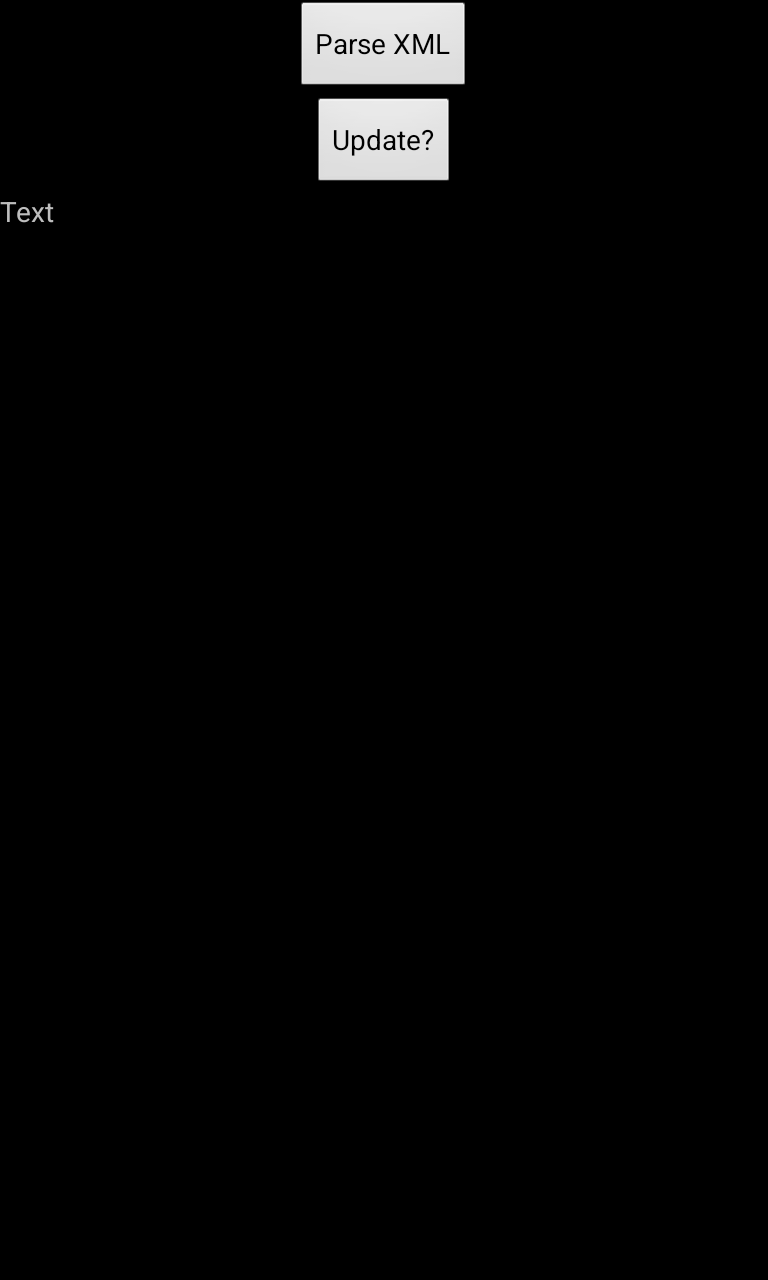
Repository: kolphi/Mapp
Layout: LinzGuide/res/layout/main.xml
These files come from the project's save history. The layout is drawn as it stood at one moment and after the next save; the edit follows.
It is drawn on a 768 x 1280 px phone screen (xhdpi) without system bars, with theme android:Theme; the app's code is not run.

Above is the layout before, as saved 2012-03-04 09:50:21.

### LinzGuide/res/layout/main.xml
<?xml version="1.0" encoding="utf-8"?>
<LinearLayout xmlns:android="http://schemas.android.com/apk/res/android"
    android:layout_width="fill_parent"
    android:layout_height="fill_parent"
    android:orientation="vertical"
    android:gravity="center_horizontal">

    <Button
        android:id="@+id/btn_parse"
        android:layout_width="wrap_content"
        android:layout_height="wrap_content"
        android:text="Parse XML"
        android:onClick="parse" />
    <Button
        android:layout_width="wrap_content"
        android:layout_height="wrap_content"
        android:text="Update?"
        android:onClick="checkForUpdate" />

    <ScrollView
        android:id="@+id/scrollView1"
        android:layout_width="fill_parent"
        android:layout_height="fill_parent" >

        <LinearLayout
            android:id="@+id/linearLayout1"
            android:layout_width="fill_parent"
            android:layout_height="fill_parent" >

            <TextView
                android:id="@+id/txt"
                android:layout_width="wrap_content"
                android:layout_height="wrap_content"
                android:text="Text" />

        </LinearLayout>
    </ScrollView>

</LinearLayout>

After the next save:
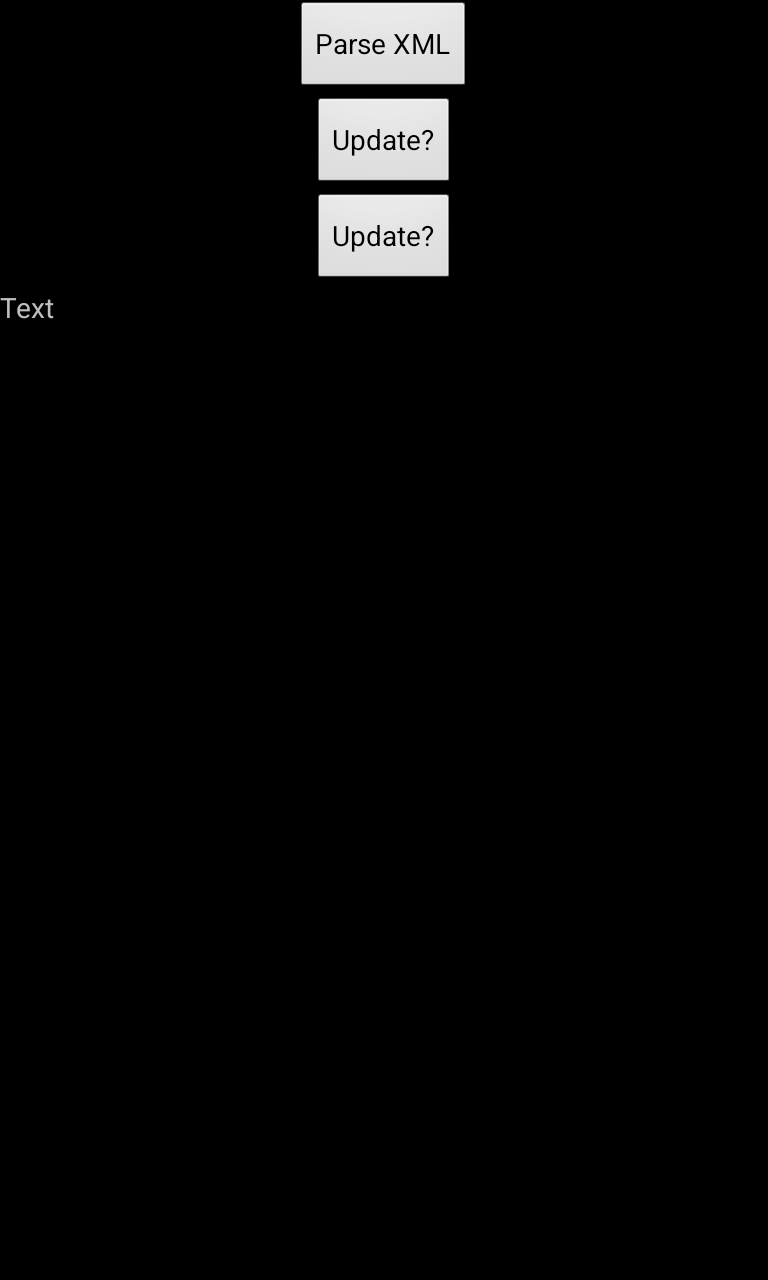
Saved 97 s later.
--- a/LinzGuide/res/layout/main.xml
+++ b/LinzGuide/res/layout/main.xml
@@ -16,6 +16,11 @@
         android:layout_height="wrap_content"
         android:text="Update?"
         android:onClick="checkForUpdate" />
+    <Button
+        android:layout_width="wrap_content"
+        android:layout_height="wrap_content"
+        android:text="Update?"
+        android:onClick="showMap" />
 
     <ScrollView
         android:id="@+id/scrollView1"
